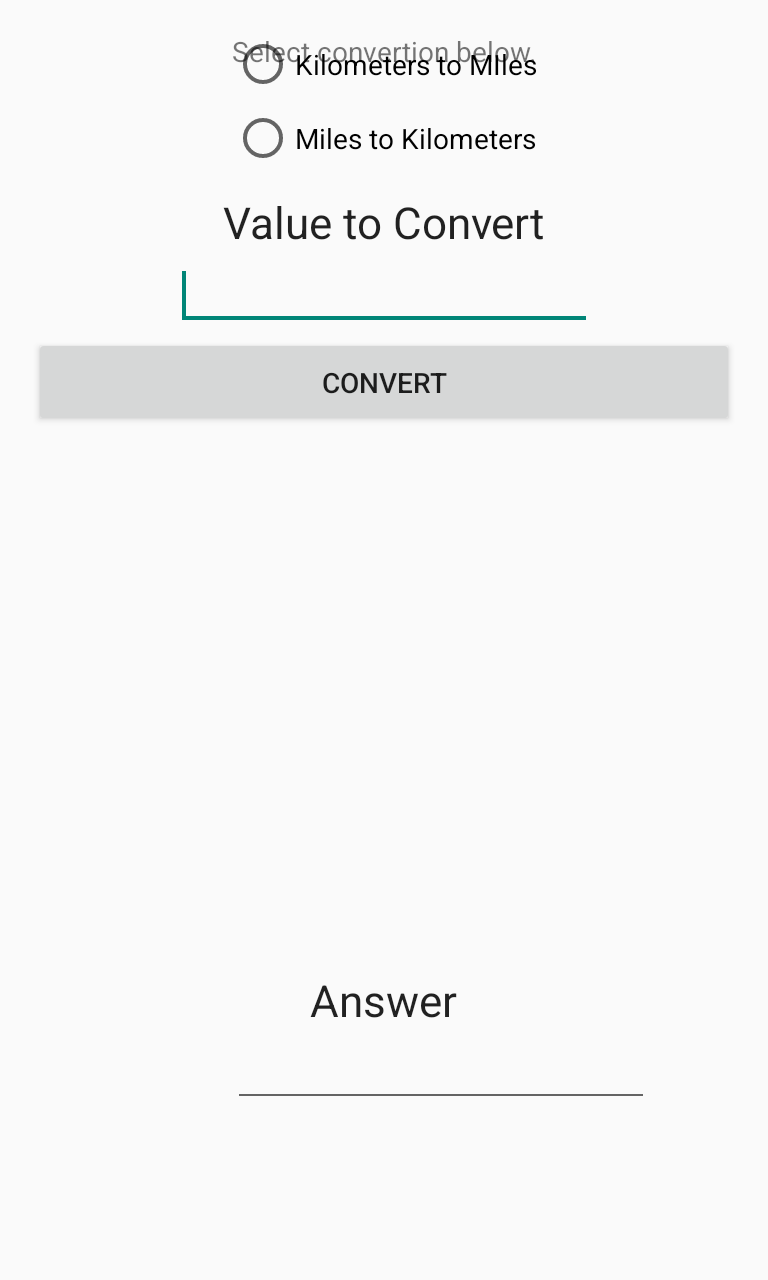
Repository: awayzo/6300Fall14Assignment4
Layout: UnitConvertor/res/layout/activity_dis.xml
An editor plug-in stored every save of this project. The layout is shown before and after the next save, followed by the edit.
It is drawn on a 768 x 1280 px phone screen (xhdpi) without system bars, with theme AppTheme; the app's code is not run.

Above is the layout before, as saved 2014-09-27 07:28:04.

### UnitConvertor/res/layout/activity_dis.xml
<RelativeLayout xmlns:android="http://schemas.android.com/apk/res/android"
    xmlns:tools="http://schemas.android.com/tools"
    android:layout_width="match_parent"
    android:layout_height="match_parent"
    android:paddingBottom="@dimen/activity_vertical_margin"
    android:paddingLeft="@dimen/activity_horizontal_margin"
    android:paddingRight="@dimen/activity_horizontal_margin"
    android:paddingTop="@dimen/activity_vertical_margin"
    tools:context="edu.gatech.seclass.unitconvertor.DisActivity" >

    <EditText
        android:id="@+id/txtAnswer"
        android:layout_width="wrap_content"
        android:layout_height="wrap_content"
        android:layout_alignLeft="@+id/radioEurosToDollars"
        android:layout_alignParentBottom="true"
        android:layout_marginBottom="68dp"
        android:ems="10"
        android:inputType="numberDecimal"/>
    <TextView
        android:id="@+id/lblAnswer"
        android:layout_width="wrap_content"
        android:layout_height="wrap_content"
        android:layout_above="@+id/txtAnswer"
        android:layout_centerHorizontal="true"
        android:text="Answer"
        android:textAppearance="?android:attr/textAppearanceLarge" />

    <TextView
        android:id="@+id/lblTitle_Distance"
        android:layout_width="wrap_content"
        android:layout_height="wrap_content"
        android:layout_alignParentTop="true"
        android:layout_centerHorizontal="true"
        android:text="Select convertion below." />

    <RadioButton
        android:id="@+id/MilesToKilometers"
        android:layout_width="wrap_content"
        android:layout_height="wrap_content"
        android:layout_below="@+id/lblTitle_Distance"
        android:layout_centerHorizontal="true"
        android:layout_marginTop="18dp"
        android:text="Miles to Kilometers" />

    <RadioButton
        android:id="@+id/radioEurosToDollars"
        android:layout_width="wrap_content"
        android:layout_height="wrap_content"
        android:layout_below="@+id/radioDollarsToEuro"
        android:layout_centerHorizontal="true"
        android:text="Kilometers to MIles" />

    <TextView
        android:id="@+id/lblValue"
        android:layout_width="wrap_content"
        android:layout_height="wrap_content"
        android:layout_below="@+id/radioEurosToDollars"
        android:layout_centerHorizontal="true"
        android:layout_marginTop="48dp"
        android:text="Value to Convert"
        android:textAppearance="?android:attr/textAppearanceLarge" />

    <EditText
        android:id="@+id/txtValue"
        android:layout_width="wrap_content"
        android:layout_height="wrap_content"
        android:layout_below="@+id/lblValue"
        android:layout_centerHorizontal="true"
        android:ems="10"
        android:inputType="numberDecimal" >

        <requestFocus />
    </EditText>

    <Button
        android:id="@+id/btnConvert"
        android:layout_width="match_parent"
        android:layout_height="wrap_content"
        android:layout_below="@+id/txtValue"
        android:layout_centerHorizontal="true"
        android:text="Convert" />

</RelativeLayout>

Loaded but not shown: UnitConvertor/res/values/styles.xml (common file); UnitConvertor/res/values-v11/styles.xml (common file); UnitConvertor/res/values-v14/styles.xml (common file); UnitConvertor/res/values/dimens.xml (common file); UnitConvertor/res/values-w820dp/dimens.xml (common file)

After the next save:
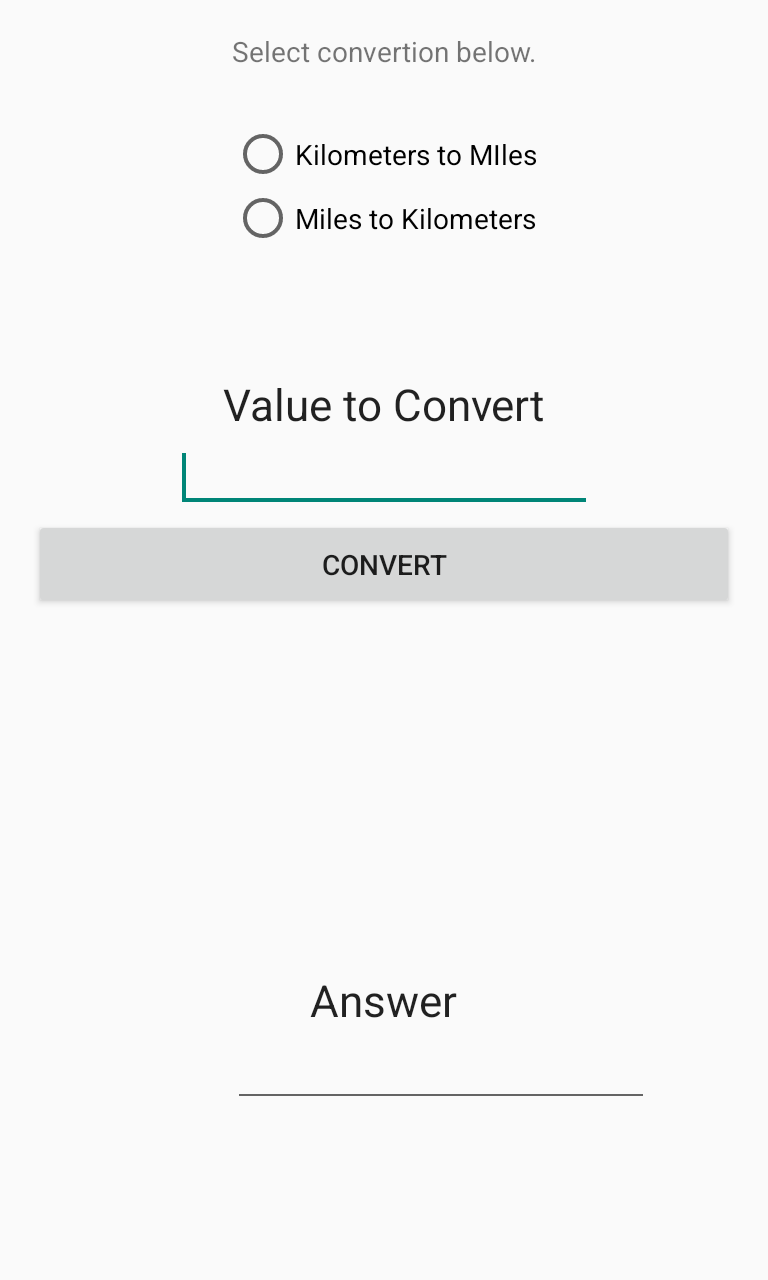
Saved 21 s later.
--- a/UnitConvertor/res/layout/activity_dis.xml
+++ b/UnitConvertor/res/layout/activity_dis.xml
@@ -34,33 +34,6 @@
         android:layout_centerHorizontal="true"
         android:text="Select convertion below." />
 
-    <RadioButton
-        android:id="@+id/MilesToKilometers"
-        android:layout_width="wrap_content"
-        android:layout_height="wrap_content"
-        android:layout_below="@+id/lblTitle_Distance"
-        android:layout_centerHorizontal="true"
-        android:layout_marginTop="18dp"
-        android:text="Miles to Kilometers" />
-
-    <RadioButton
-        android:id="@+id/radioEurosToDollars"
-        android:layout_width="wrap_content"
-        android:layout_height="wrap_content"
-        android:layout_below="@+id/radioDollarsToEuro"
-        android:layout_centerHorizontal="true"
-        android:text="Kilometers to MIles" />
-
-    <TextView
-        android:id="@+id/lblValue"
-        android:layout_width="wrap_content"
-        android:layout_height="wrap_content"
-        android:layout_below="@+id/radioEurosToDollars"
-        android:layout_centerHorizontal="true"
-        android:layout_marginTop="48dp"
-        android:text="Value to Convert"
-        android:textAppearance="?android:attr/textAppearanceLarge" />
-
     <EditText
         android:id="@+id/txtValue"
         android:layout_width="wrap_content"
@@ -81,4 +54,31 @@
         android:layout_centerHorizontal="true"
         android:text="Convert" />
 
+    <TextView
+        android:id="@+id/lblValue"
+        android:layout_width="wrap_content"
+        android:layout_height="wrap_content"
+        android:layout_below="@+id/MilesToKilometers"
+        android:layout_centerHorizontal="true"
+        android:layout_marginTop="62dp"
+        android:text="Value to Convert"
+        android:textAppearance="?android:attr/textAppearanceLarge" />
+
+    <RadioButton
+        android:id="@+id/radioEurosToDollars"
+        android:layout_width="wrap_content"
+        android:layout_height="wrap_content"
+        android:layout_below="@+id/lblTitle_Distance"
+        android:layout_centerHorizontal="true"
+        android:layout_marginTop="26dp"
+        android:text="Kilometers to MIles" />
+
+    <RadioButton
+        android:id="@+id/MilesToKilometers"
+        android:layout_width="wrap_content"
+        android:layout_height="wrap_content"
+        android:layout_alignLeft="@+id/radioEurosToDollars"
+        android:layout_below="@+id/radioEurosToDollars"
+        android:text="Miles to Kilometers" />
+
 </RelativeLayout>
